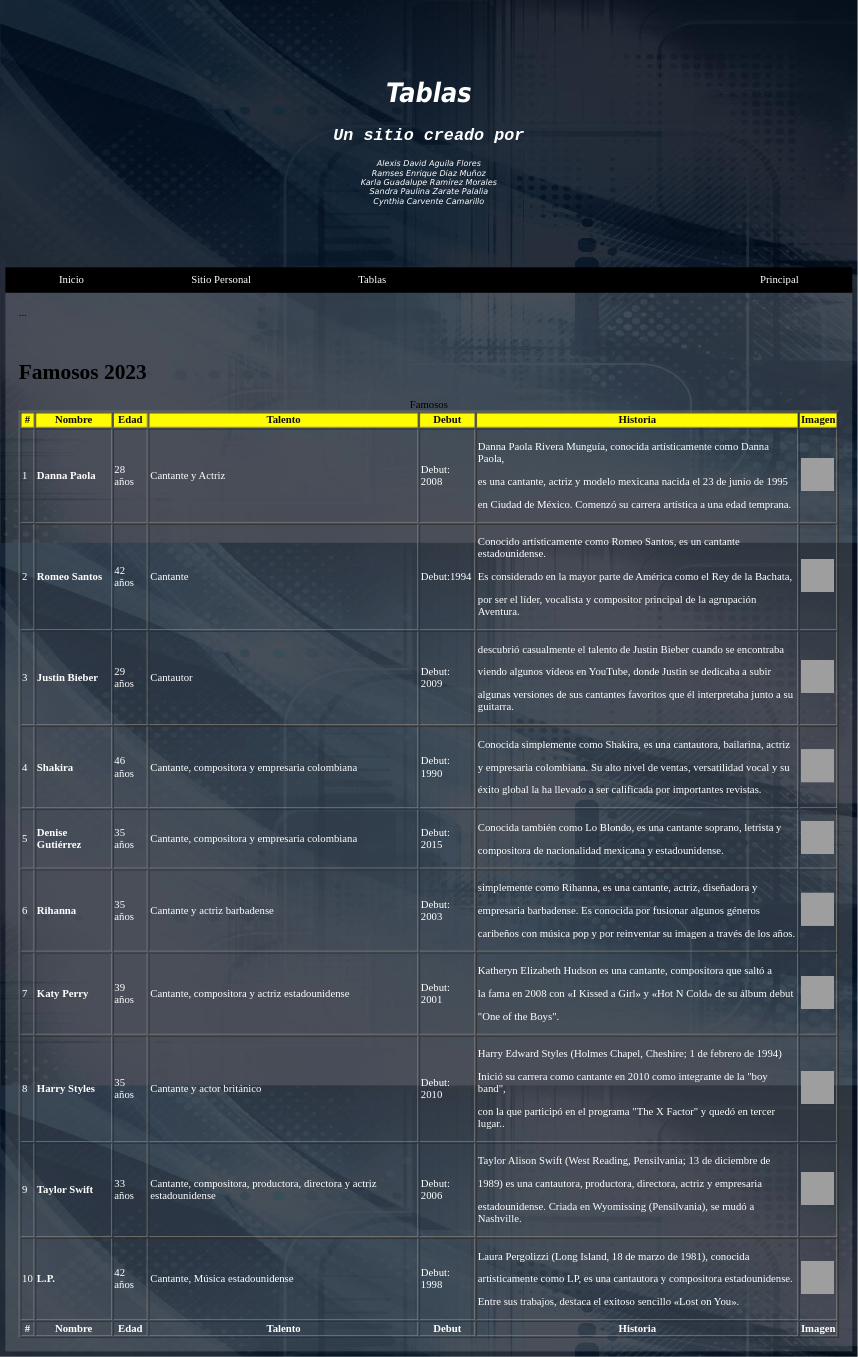
Repository: Dogueen/miniProyectoUniversidad
Page: miniProyecto/pages/tablas.html
The author's editor kept a copy of each file at every save. The page is drawn from the files as they stood at one save, then again after the next save.
The browser window is 1280 px wide. The pictures show the whole page, at 67% of full size.
Pictures or frames that could not be fetched are drawn as grey boxes.

Above is the page before, as saved 2023-10-31 19:54:05.

### miniProyecto/pages/tablas.html
<!DOCTYPE html>
<html lang="es">



<head>
    <title>Ejemplo de un Website</title>
    <meta charset="UTF-8">
    <meta name="viewport" content="width=device-width, initial-scale=1">
    <link rel="stylesheet" type="text/css" href="../styles/tablas.css" />

    <style>
    </style>
</head>

<body>

    <div class="header">
        <h1>Tablas</h1>
        <h2> Un sitio creado por</h2>
        <dl>
            <dt>Alexis David Aguila Flores</dt>
            <dt>Ramses Enrique Diaz Muñoz</dt>
            <dt>Karla Guadalupe Ramírez Morales</dt>
            <dt>Sandra Paulina Zarate Palalia</dt>
            <dt>Cynthia Carvente Camarillo</dt>
        </dl>
    </div>

    <div class="navbar">
        <a href="inicio.html">Inicio</a>
        <a href="personal.html">Sitio Personal</a>
        <a href="tablas.html">Tablas</a>
        <a href="../principal.html" class="right">Principal</a>
    </div>

    <div class="row">
        <div class="side">...</div>
        <div class="main"><body>
            <h1>Famosos 2023</h1>

        <table border="1">
            <caption>Famosos</caption>
            <thead>
            <tr style=" background-color: rgb(255, 251, 0); color: #0e0a0a
            ;">
                <th>#</th>
                <th>Nombre</th>
                <th>Edad</th>
                <th>Talento</th>
                <th>Debut</th>
                <th>Historia</th>
                <th>Imagen</th>
            </tr>
            </thead><tbody>
            <tr style=" color: #ffffff ;">
                <td>1</td>
                <td><b>Danna Paola</b></td>
                <td>28 años</td>
                <td>Cantante y Actriz</td>
                <td>Debut: 2008 </td>
                <td><p>Danna Paola Rivera Munguía, conocida artísticamente como Danna Paola,</p>
                    <p>es una cantante, actriz y modelo mexicana nacida el 23 de junio de 1995</p>
                    <p>en Ciudad de México. Comenzó su carrera artística a una edad temprana.</p></td>
                <td>
                    <img src="https://tse2.mm.bing.net/th?id=OIP.2fKZFBXqqh_tXzieK95NMwHaHa&pid=Api&P=0&h=180" alt="descripcion de la imagen" width="50" height="50">
                </td>
            </tr>
            <tr style=" color: #ffffff ;">
                <td>2</td>
                <td><b>Romeo Santos</b></td>
                <td>42 años</td>
                <td>Cantante</td>
                <td>Debut:1994</td>
                <td><p>Conocido artísticamente como Romeo Santos, es un cantante estadounidense.</p>
                    <p>Es considerado en la mayor parte de América como el Rey de la Bachata,</p>
                    <p>por ser el líder, vocalista y compositor principal de la agrupación Aventura.</p></td>
                <td>
                    <img src="https://tse3.mm.bing.net/th?id=OIP.czh87NhNG3h058hLlqpQcgHaE5&pid=Api&P=0&h=180" alt="descripcion de la imagen" width="50" height="50">
                </td>
            </tr>
            <tr style=" color: #ffffff ;">
                <td>3</td>
                <td><b>Justin Bieber</b></td>
                <td>29 años</td>
                <td>Cantautor</td>
                <td>Debut: 2009 </td>
                <td><p>descubrió casualmente el talento de Justin Bieber cuando se encontraba</p>
                    <p>viendo algunos vídeos en YouTube, donde Justin se dedicaba a subir</p>
                    <p>algunas versiones de sus cantantes favoritos que él interpretaba junto a su guitarra.</p></td>
                <td>
                    <img src="https://s.yimg.com/fz/api/res/1.2/oy0MceollK5boXGxxNZTCA--~C/YXBwaWQ9c3JjaGRkO2ZpPWZpbGw7aD0yMjA7cT04MDt3PTE2NQ--/https://s.yimg.com/zb/imgv1/ae6fe20c-f179-3158-bc27-ace88caafc9a/t_500x300" alt="descripcion de la imagen" width="50" height="50">
                </td>
            </tr>
            <tr style=" color: #ffffff ;">
                <td>4</td>
                <td><b>Shakira</b></td>
                <td>46 años</td>
                <td>Cantante, compositora y empresaria colombiana</td>
                <td>Debut: 1990</td>
                <td><p>Conocida simplemente como Shakira, es una cantautora, bailarina, actriz</p>
                    <p>y empresaria colombiana. Su alto nivel de ventas, versatilidad vocal y su</p>
                    <p>éxito global la ha llevado a ser calificada por importantes revistas.</p></td>
                <td>
                    <img src="https://br.web.img3.acsta.net/pictures/15/09/24/11/19/077124.jpg" alt="descripcion de la imagen" width="50" height="50">
                </td>
            </tr>
            <tr style=" color: #ffffff ;">
                <td>5</td>
                <td><b>Denise Gutiérrez</b></td>
                <td>35 años</td>
                <td>Cantante, compositora y empresaria colombiana</td>
                <td>Debut: 2015 </td>
                <td><p>Conocida  también como Lo Blondo, es una cantante soprano, letrista y </p>
                    <p> compositora de nacionalidad mexicana y estadounidense.</p></td>
                <td>
                    <img src="http://p2.trrsf.com/image/fget/cf/600/600/images.terra.com/2014/08/17/denise-gutierrez-mym.jpg" alt="descripcion de la imagen" width="50" height="50">
                </td>
            </tr>
            <tr style=" color: #ffffff ;">
                <td>6</td>
                <td><b>Rihanna</b></td>
                <td>35 años</td>
                <td>Cantante y actriz barbadense</td>
                <td>Debut: 2003 </td>
                <td><p>simplemente como Rihanna, es una cantante, actriz, diseñadora y</p>
                    <p>empresaria barbadense. Es conocida por fusionar algunos géneros</p>
                <p>caribeños con música pop y por reinventar su imagen a través de los años.</p></td>
                <td>
                    <img src="https://thatgrapejuice.net/wp-content/uploads/2018/01/rihanna-fenty-beauty-2018-thatgrapejuice.jpg" alt="descripcion de la imagen" width="50" height="50">
                </td>
            </tr>
            <tr style=" color: #ffffff ;">
                <td>7</td>
                <td><b>Katy Perry</b></td>
                <td>39 años</td>
                <td>Cantante, compositora y actriz estadounidense</td>
                <td>Debut: 2001</td>
                <td><p>Katheryn Elizabeth Hudson es una cantante, compositora que saltó a</p>
                <p>la fama en 2008 con «I Kissed a Girl» y «Hot N Cold» de su álbum debut</p>
                <p>"One of the Boys".</p></td>
                <td>
                    <img src="https://thatgrapejuice.net/wp-content/uploads/2018/01/rihanna-fenty-beauty-2018-thatgrapejuice.jpg" alt="descripcion de la imagen" width="50" height="50">
                </td>
            </tr>
            <tr style=" color: #ffffff ;">
                <td>8</td>
                <td><b>Harry Styles</b></td>
                <td>35 años</td>
                <td>Cantante y actor británico</td>
                <td>Debut: 2010</td>
                <td><p>Harry Edward Styles (Holmes Chapel, Cheshire; 1 de febrero de 1994)</p>
                <p> Inició su carrera como cantante en 2010 como integrante  de la "boy band",</p>
                <p>con la que participó en el programa "The X Factor" y quedó en tercer lugar..</p></td>
                <td>
                    <img src="https://s.yimg.com/fz/api/res/1.2/.ydV9zweXuGcpbqbK_hIcw--~C/YXBwaWQ9c3JjaGRkO2ZpPWZpbGw7aD0yMjA7cT04MDt3PTE0NQ--/https://s.yimg.com/zb/imgv1/a87cb604-64be-3568-a4c6-cff440b6300f/t_500x300" alt="descripcion de la imagen" width="50" height="50">
                </td>
            </tr>
            <tr style=" color: #ffffff ;">
                <td>9</td>
                <td><b>Taylor Swift</b></td>
                <td>33 años</td>
                <td>Cantante, compositora, productora, directora y actriz estadounidense</td>
                <td>Debut: 2006</td>
                <td><p>Taylor Alison Swift (West Reading, Pensilvania; 13 de diciembre de</p>
                <p>1989) es una cantautora, productora, directora, actriz y empresaria</p>
                <p>estadounidense. Criada en Wyomissing (Pensilvania), se mudó a Nashville.</p></td>
                <td>
                    <img src="https://www.xtrafondos.com/wallpapers/taylor-swift-3661.jpg" alt="descripcion de la imagen" width="50" height="50">
                </td>
            </tr>
            <tr style=" color: #ffffff ;">
                <td>10</td>
                <td><b>L.P.</b></td>
                <td>42 años</td>
                <td>Cantante, Música estadounidense</td>
                <td>Debut: 1998</td>
                <td><p>Laura Pergolizzi (Long Island, 18 de marzo de 1981), conocida</p>
                <p>artísticamente como LP, es una cantautora y compositora estadounidense.</p>
                <p>Entre sus trabajos, destaca el exitoso sencillo «Lost on You».</p></td>
                <td>
                    <img src="https://burdas.cl/wp-content/uploads/2018/01/LP.jpg" alt="descripcion de la imagen" width="50" height="50">
                </td>
            </tr>
            </tbody>
          </body>
          <tfoot>
            <tr style=" color: #ffffff ;">
                <th>#</th>
                <th>Nombre</th>
                <th>Edad</th>
                <th>Talento</th>
                <th>Debut</th>
                <th>Historia</th>
                <th>Imagen</th>
            </tr>
          </tfoot>
        </table></div>
    </div>

</body>

</html>

### miniProyecto/styles/tablas.css
body {
    background-image: url("../images/bg-img.jpg");
}

.header {
    padding: 80px;
    text-align: center;
    color: white;
}

.header h1 {
    font-size: 40px;
    font-style: italic;
    font-family: Tahoma;
}

.header h2 {
    font-size: 25px;
    font-style: italic;
    font-family: monospace;
}

.header dl {
    font-size: 12px;
    font-style: italic;
    font-family: Verdana, Geneva, Tahoma, sans-serif;
}

.navbar {
    overflow: hidden;
    background-color: #000000;
}

.navbar a {
    float: left;
    display: block;
    color: white;
    text-align: center;
    padding: 10px 80px;
    text-decoration: none;
}

.navbar a:hover {
    background-color: #ddd;
    color: black;
}

.navbar a.right {
    float: right;
}

* {
    box-sizing: border-box;
}

.row {
    display: block;
    flex-wrap: wrap-reverses;
}

.side {
    flex: 20%;
    background-color: #f1f1f12a;
    padding: 20px;
}

.main {
    flex: 80%;
    background-color: #f1f1f12a;
    padding: 20px;

}

@media screen and (max-width: 700px) {
    .row {
        flex-direction: column;
    }
}

@media screen and (max-width: 400px) {
    .navbar a {
        float: none;
        width: 100%;
    }
}

After the next save:
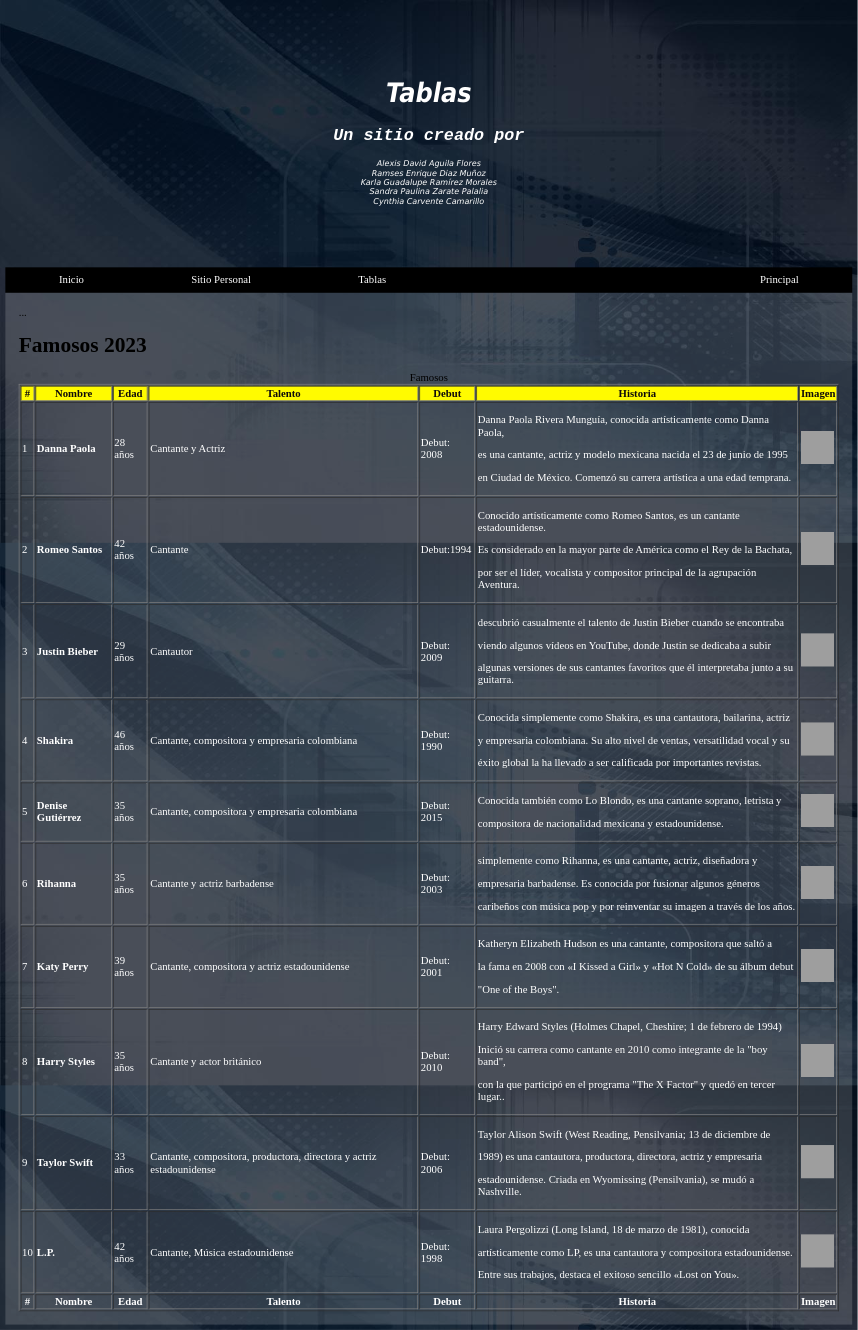
Saved 116 s later.
--- a/miniProyecto/styles/tablas.css
+++ b/miniProyecto/styles/tablas.css
@@ -56,20 +56,10 @@
 .row {
     display: block;
     flex-wrap: wrap-reverses;
-}
-
-.side {
-    flex: 20%;
     background-color: #f1f1f12a;
     padding: 20px;
 }
 
-.main {
-    flex: 80%;
-    background-color: #f1f1f12a;
-    padding: 20px;
-
-}
 
 @media screen and (max-width: 700px) {
     .row {
